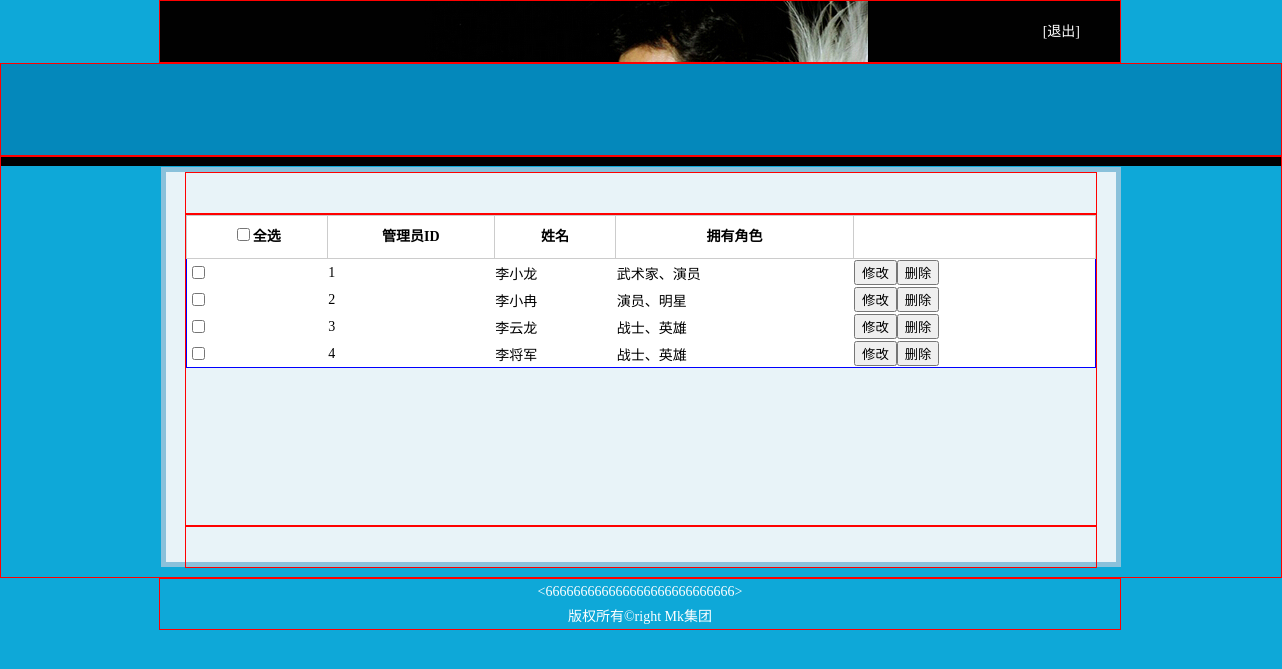
Repository: MasterKweng/workspace
Page: WebBasic/WebContent/Day02/demo6.html
The author's editor kept a copy of each file at every save. The page is drawn from the files as they stood at one save, then again after the next save.
The browser window is 1280 px wide. The page is 1282 px wide, so the pictures cover 1282 px, including what lies to the right of the window. The pictures show the whole page.

Above is the page before, as saved 2018-01-04 08:08:55.

After the next save:
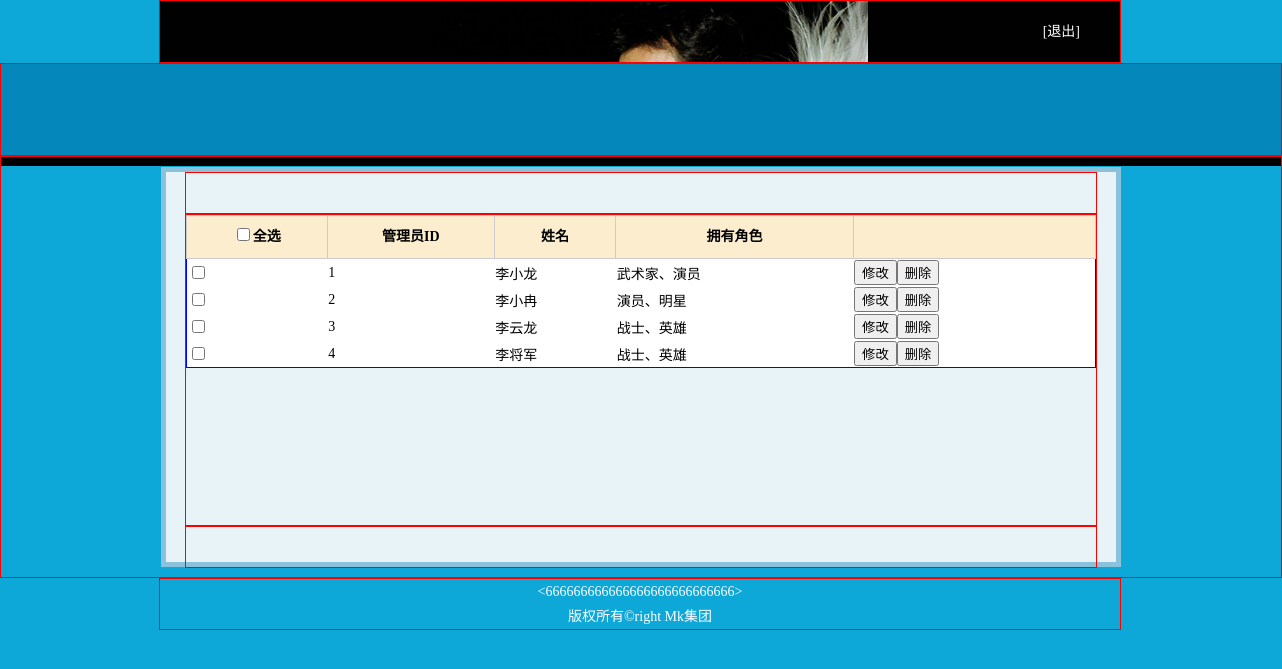
Saved 23 s later.
--- a/WebBasic/WebContent/Day02/demo6.html
+++ b/WebBasic/WebContent/Day02/demo6.html
@@ -106,6 +106,7 @@
 			border:1px solid #ccc;
 			height:40px;
 			line-height:40px;
+			background-color:#fbedce;
 		}
 		</style>
 	</head>
